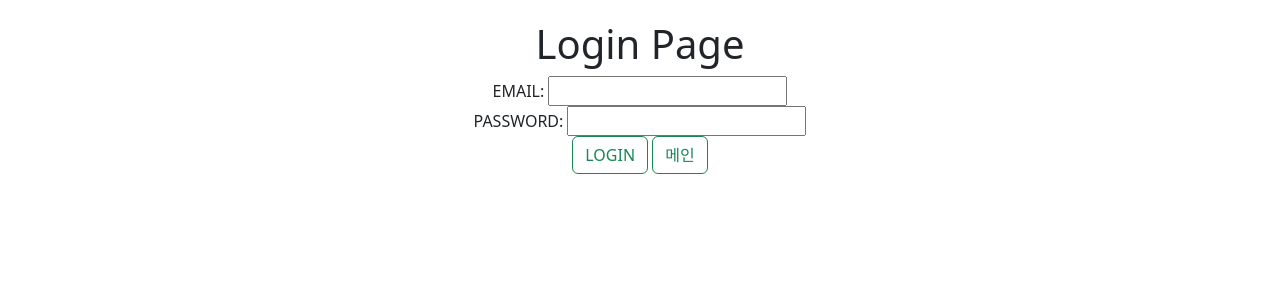
Repository: Raneechoi/java2022_09_03
Page: http://localhost/Project/mem/login
These files come from the project's save history. The page is drawn as it stood at one moment and after a run of saves; the edit follows.
The browser window is 1280 px wide. The pictures show the whole page.
The page is served by Tomcat 9.

Above is the page before, as saved 2022-12-08 05:45:43.

After the next 2 saves:
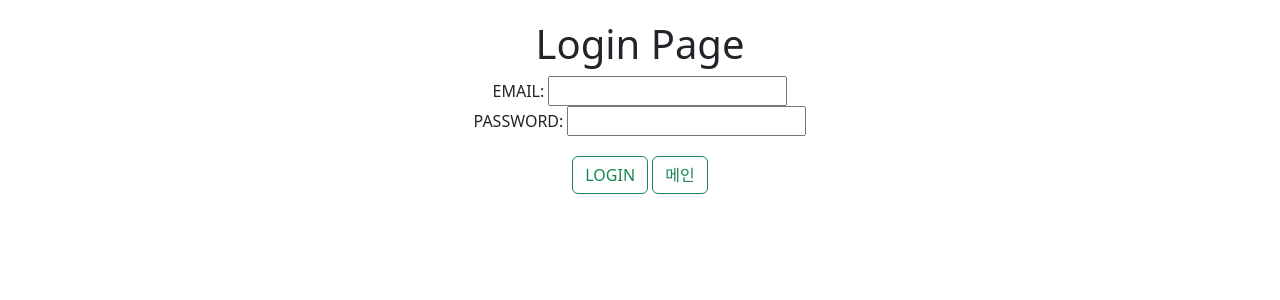
The 2 saves are shown as one change because they came seconds apart.
The last was saved 10 s later.
--- a/JSP_Board&Member/Project/src/main/webapp/member/login.jsp
+++ b/JSP_Board&Member/Project/src/main/webapp/member/login.jsp
@@ -16,8 +16,8 @@
    <form action="/mem/login_auth" method="post">
       EMAIL: <input type="text" name="email"> <br>
       PASSWORD: <input type="password" name="pwd"> <br>
-      <button type="submit"  class="btn btn-outline-success">LOGIN</button>
-      <a href="/"><button type="button"  class="btn btn-outline-success">메인</button></a>
+      <button type="submit"  class="btn btn-outline-success" style="margin-top: 20px">LOGIN</button>
+      <a href="/"><button type="button"  class="btn btn-outline-success" style="margin-top: 20px">메인</button></a>
    </form>
 
 </body>
